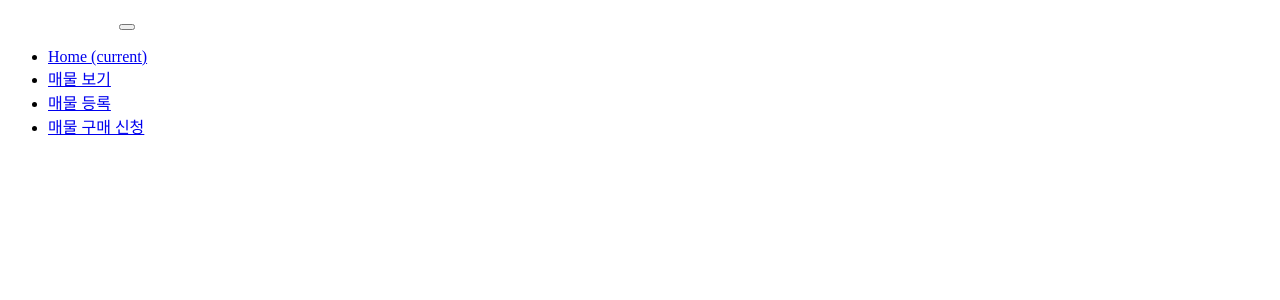
Repository: Leekm0912/2-1_JSP-DB_Project
Page: http://localhost/WebTest/DB/layout/top.jsp
The author's editor kept a copy of each file at every save. The page is drawn from the files as they stood at one save, then again after the next save.
The browser window is 1280 px wide. The pictures show the whole page.
The page is served by Tomcat 9.

Above is the page before, as saved 2020-06-10 04:56:30.

After the next save:
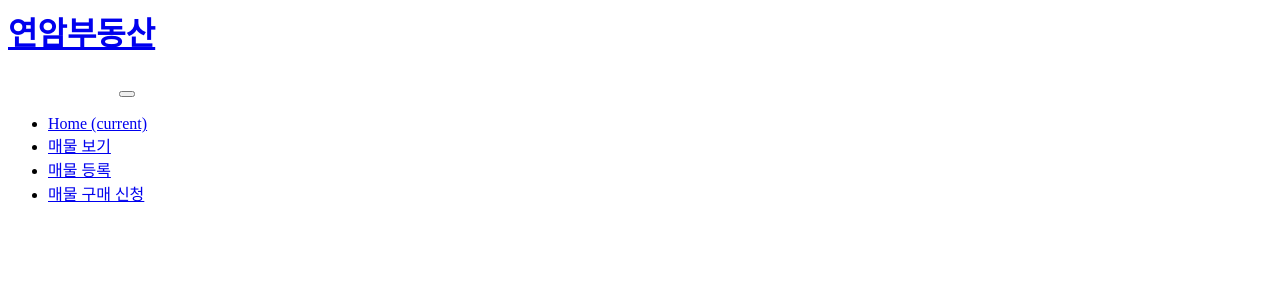
Saved 16 s later.
--- a/WebTest/WebContent/DB/layout/top.jsp
+++ b/WebTest/WebContent/DB/layout/top.jsp
@@ -1,7 +1,7 @@
 <%@ page contentType="text/html; charset=utf-8"%>
 
 <h1 style="color: white;">
-	<a class="nav-link" href="main.jsp">
+	<a class="nav-link" href="main.jsp"> 연암부동산
 </h1>
 <a class="nav-link" href="join.jsp" style="color:white;">로그인</a>
 <a class="nav-link" href="join.jsp" style="color:white;">회원가입</a>
